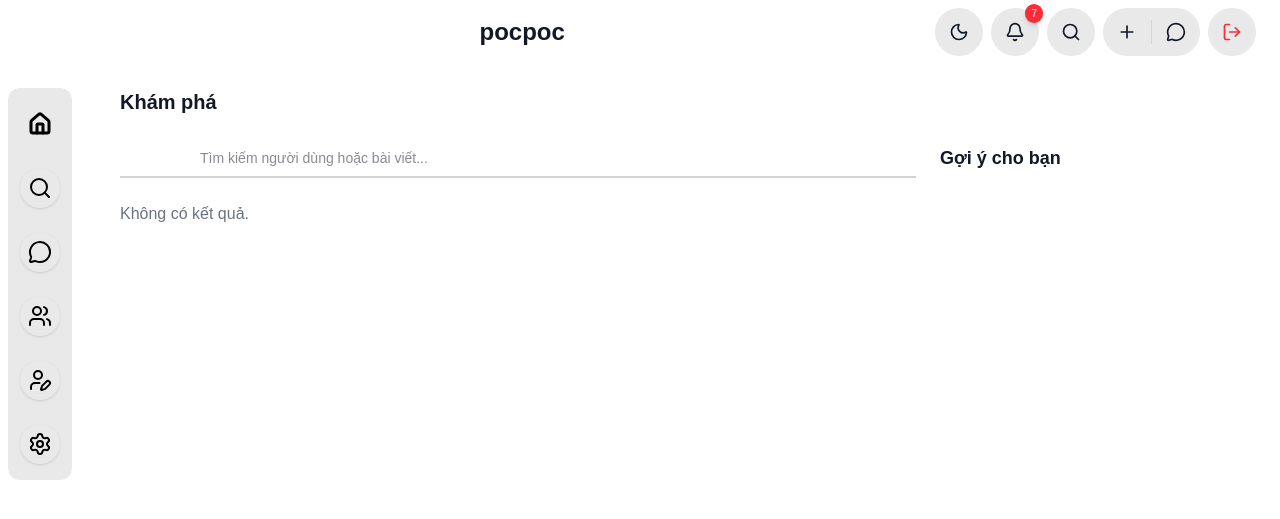
Repository: Hoang18769/pocpoc
Page: /search
An editor plug-in stored every save of this project. The page is shown before and after the next save, followed by the edit.
The browser window is 1280 px wide. The pictures show the whole page.
The project was rebuilt for these pictures with package versions that can differ from the ones it lists, and the page was loaded fresh each time. The framework's server and built-in components were replaced by stand-ins that run in the browser. Also part of the build but not shown: next.config.mjs, src/hooks/useChat.js, src/hooks/useSendMessageSocket.js, src/components/ui-components/Avatar.jsx, src/components/social-app-component/ChatHeader.jsx, src/components/social-app-component/MessageItem.jsx, src/components/social-app-component/ChatInput.jsx, src/components/ui-components/FilePreviewInChat.jsx and 14 more.

Above is the page before, as saved 2025-06-16 18:50:19.

After the next save:
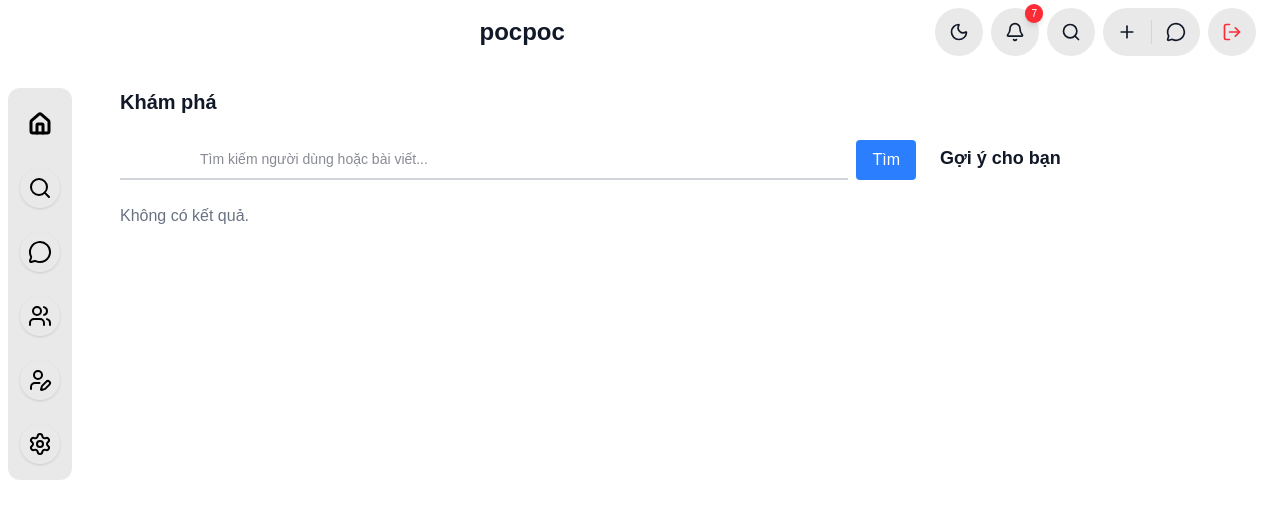
Saved 13 min 13 s later.
--- a/src/app/(home)/search/page.js
+++ b/src/app/(home)/search/page.js
@@ -1,7 +1,7 @@
 "use client"
 
-import React, { useState, useEffect } from "react"
-import api from "@/utils/axios" // interceptor axios bạn đang dùng
+import React, { useState } from "react"
+import api from "@/utils/axios"
 import PostCard from "@/components/social-app-component/PostCard"
 import Avatar from "@/components/ui-components/Avatar"
 import Input from "@/components/ui-components/Input"
@@ -11,55 +11,60 @@ export default function ExplorerPage() {
   const [results, setResults] = useState({ USER: [], POST: [] })
   const [loading, setLoading] = useState(false)
 
-  // Call API tìm kiếm mỗi khi query thay đổi (có debounce thì tốt hơn)
-  useEffect(() => {
-    if (!query.trim()) {
-      setResults({ USER: [], POST: [] })
-      return
+  const handleSubmit = async (e) => {
+    e.preventDefault()
+    const trimmed = query.trim()
+    if (!trimmed) return
+
+    try {
+      setLoading(true)
+      const res = await api.get("/v1/search", {
+        params: {
+          query: trimmed,
+          type: "NOT_SET",
+          page: 0,
+          size: 10,
+        },
+      })
+      setResults(res.data.body)
+    } catch (err) {
+      console.error("Lỗi khi tìm kiếm", err)
+    } finally {
+      setLoading(false)
     }
-
-    const fetchResults = async () => {
-      try {
-        setLoading(true)
-        const res = await api.get("/v1/search", {
-          params: {
-            query,
-            type: "NOT_SET",
-            page: 0,
-            size: 10,
-          },
-        })
-        setResults(res.data.body)
-      } catch (err) {
-        console.error("Search error", err)
-      } finally {
-        setLoading(false)
-      }
-    }
-
-    fetchResults()
-  }, [query])
+  }
 
   return (
     <div className="flex flex-col lg:flex-row gap-6 px-4 py-6">
-      {/* Cột trái: Bài viết và tìm kiếm */}
+      {/* Cột trái: tìm kiếm và kết quả */}
       <div className="flex-1 space-y-6">
         <h1 className="text-xl font-bold">Khám phá</h1>
 
-        <Input
-          value={query}
-          onChange={(e) => setQuery(e.target.value)}
-          placeholder="Tìm kiếm người dùng hoặc bài viết..."
-          className="w-full"
-        />
+        {/* Form tìm kiếm */}
+        <form onSubmit={handleSubmit} className="flex gap-2">
+          <Input
+            value={query}
+            onChange={(e) => setQuery(e.target.value)}
+            placeholder="Tìm kiếm người dùng hoặc bài viết..."
+            className="flex-1"
+          />
+          <button
+            type="submit"
+            className="px-4 py-2 bg-blue-500 text-white rounded hover:bg-blue-600"
+          >
+            Tìm
+          </button>
+        </form>
 
+        {/* Loading */}
         {loading && <p className="text-sm text-gray-500">Đang tìm kiếm...</p>}
 
-        {results.USER.length === 0 && results.POST.length === 0 && !loading && (
+        {/* Kết quả */}
+        {!loading && results.USER.length === 0 && results.POST.length === 0 && (
           <p className="text-gray-500">Không có kết quả.</p>
         )}
 
-        {/* Kết quả người dùng */}
+        {/* Người dùng */}
         {results.USER.length > 0 && (
           <div className="space-y-3">
             <h2 className="text-lg font-semibold">Người dùng</h2>
@@ -88,7 +93,7 @@ export default function ExplorerPage() {
           </div>
         )}
 
-        {/* Kết quả bài viết */}
+        {/* Bài viết */}
         {results.POST.length > 0 && (
           <div className="space-y-3">
             <h2 className="text-lg font-semibold">Bài viết</h2>
@@ -110,8 +115,8 @@ export default function ExplorerPage() {
                   <Avatar
                     src={user.avatar || ""}
                     alt={user.username}
-                    width={200}
-                    height={200}
+                    width={40}
+                    height={40}
                     className="w-10 h-10 rounded-full"
                   />
                   <span className="font-medium">{user.username}</span>
